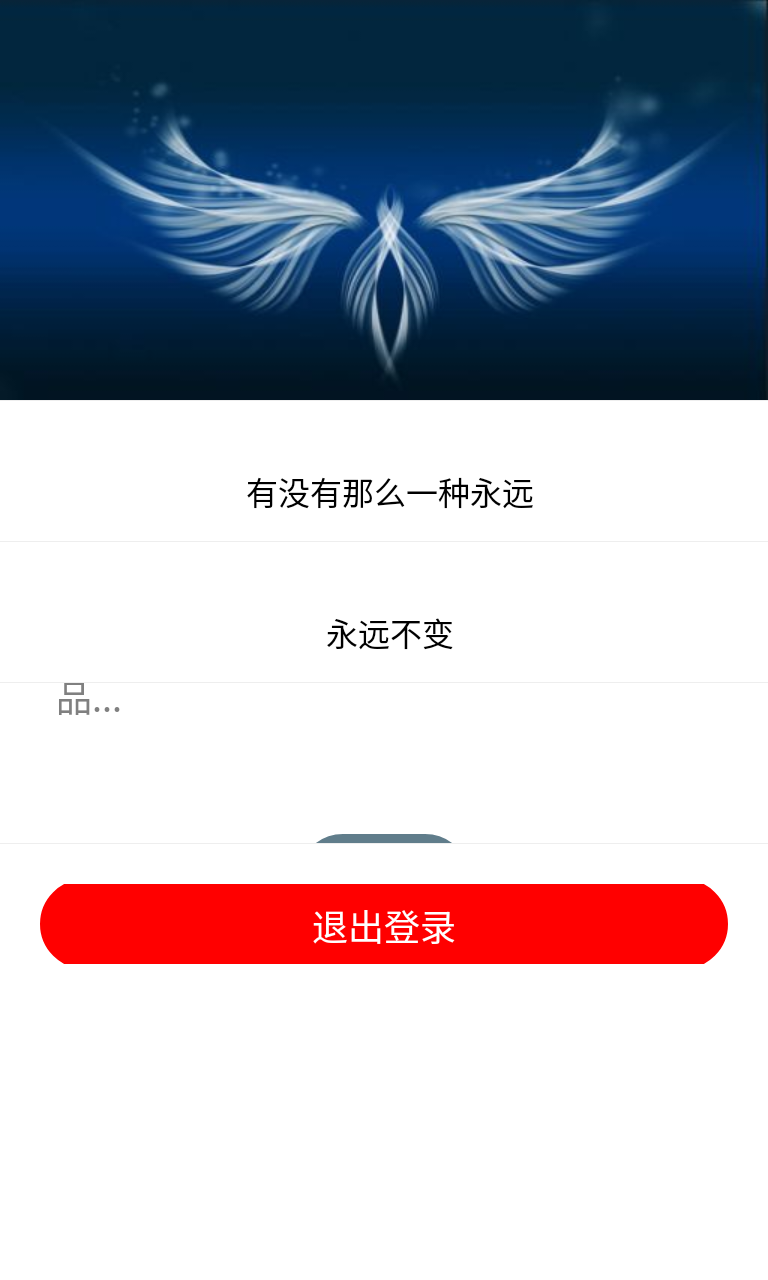
Repository: fatio/Nower
Layout: Android_Client_Source/EnjoyIt/res/layout/activity_setting.xml
These files come from the project's save history. The layout is drawn as it stood at one moment and after the next save; the edit follows.
It is drawn on a 768 x 1280 px phone screen (xhdpi) without system bars, with theme AppTheme; the app's code is not run.

Above is the layout before, as saved 2015-12-29 12:22:32.

After the next save:
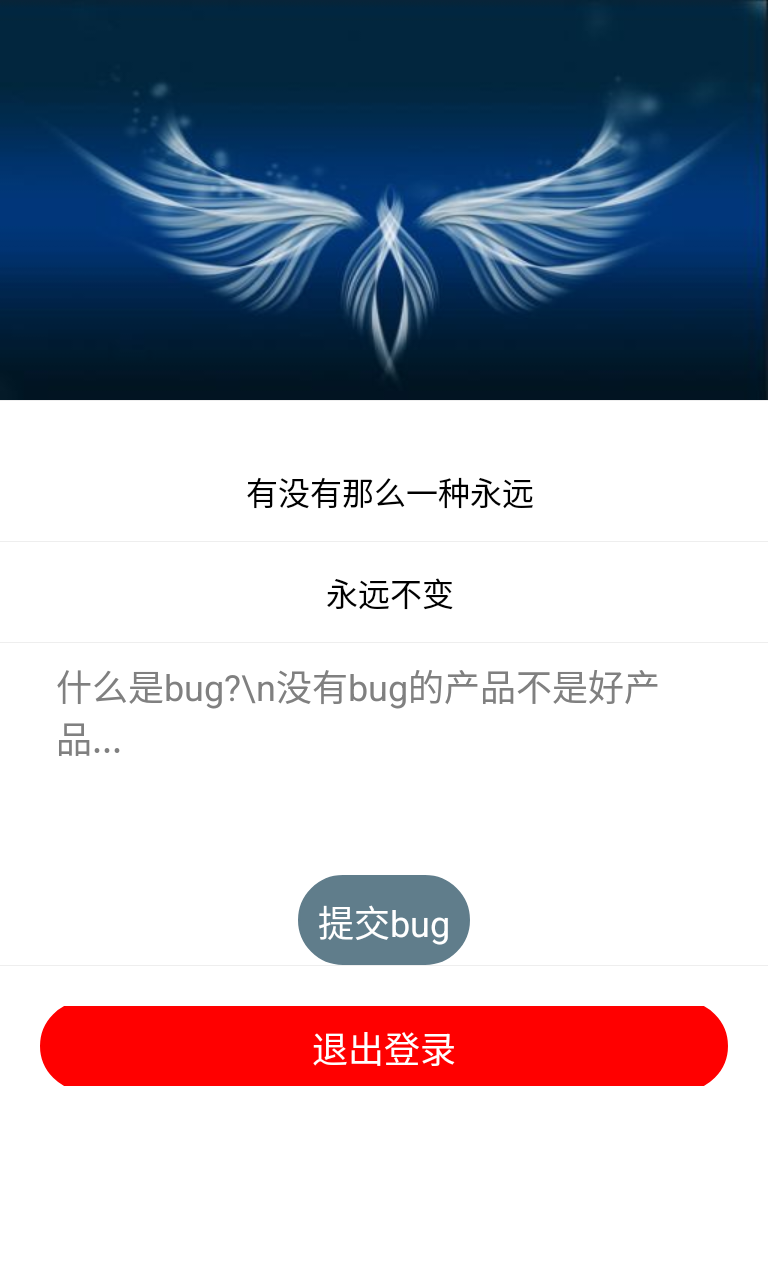
Saved 50 s later.
--- a/Android_Client_Source/EnjoyIt/res/layout/activity_setting.xml
+++ b/Android_Client_Source/EnjoyIt/res/layout/activity_setting.xml
@@ -51,7 +51,6 @@
                 style="@style/TxtTitle"
                 android:layout_width="match_parent"
                 android:layout_height="50dp"
-                android:layout_marginTop="20dp"
                 android:background="@drawable/setting_item_selector"
                 android:clickable="true"
                 android:focusable="true"
@@ -68,7 +67,7 @@
 
             <LinearLayout
                 android:layout_width="fill_parent"
-                android:layout_height="80.0dip"
+                android:layout_height="wrap_content"
                 android:layout_marginLeft="20dp"
                 android:layout_marginRight="20dp"
                 android:orientation="vertical"
